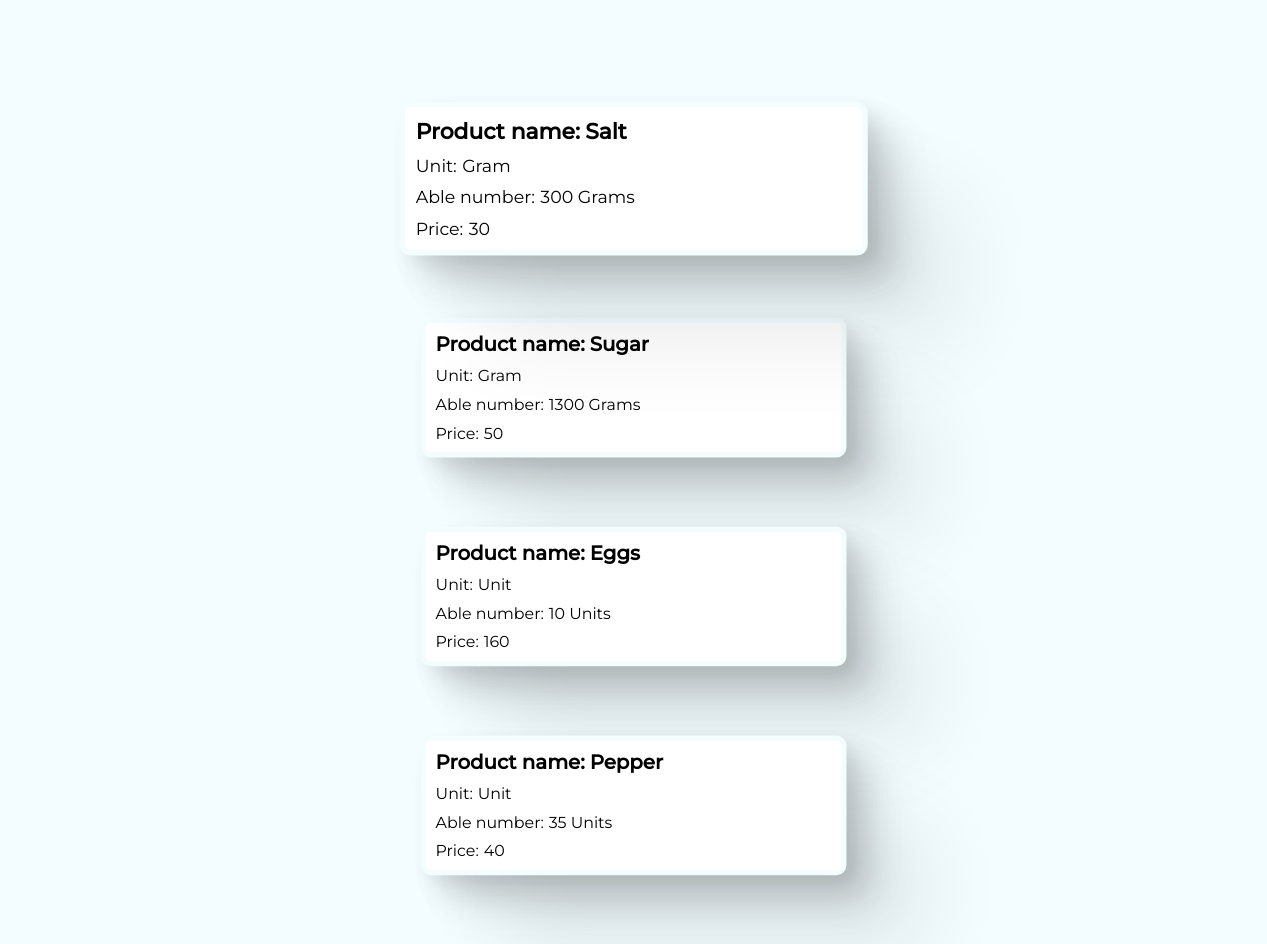
Repository: OlexandraKovach2/Vue
Page: / (app in vuexam/brila-exam/)
The author's editor kept a copy of each file at every save. The page is drawn from the files as they stood at one save, then again after the next save.
The browser window is 1280 px wide. The pictures show the whole page, at 99% of full size.
The pointer rests on the first visible `.ObjectCard`.
The project was rebuilt for these pictures with package versions that can differ from the ones it lists, and the page was loaded fresh each time. Also part of the build but not shown: vuexam/brila-exam/vue.config.js.

Above is the page before, as saved 2022-11-08 22:05:59.

### vuexam/brila-exam/public/index.html
<!DOCTYPE html>
<html lang="">
  <head>
    <meta charset="utf-8">
    <meta http-equiv="X-UA-Compatible" content="IE=edge">
    <meta name="viewport" content="width=device-width,initial-scale=1.0">
    <link rel="icon" href="<%= BASE_URL %>favicon.ico">
    <title><%= htmlWebpackPlugin.options.title %></title>
  </head>
  <body>
    <noscript>
      <strong>We're sorry but <%= htmlWebpackPlugin.options.title %> doesn't work properly without JavaScript enabled. Please enable it to continue.</strong>
    </noscript>
    <div id="app"></div>
    <!-- built files will be auto injected -->
  </body>
</html>

<style>

  *{
    padding: 0px;
    margin: 0px;
  }
  body{
    background-color: rgb(243, 252, 255);
  }

</style>

### vuexam/brila-exam/src/main.js
import { createApp } from 'vue'
import App from './App.vue'
import store from '@/store'

createApp(App).use(store).mount('#app')

### vuexam/brila-exam/src/App.vue
<template>
  <div>
    <ObjectTable :listData="list"/>
  </div>
</template>

<script>
  import { mapGetters } from 'vuex';
  import ObjectTable from "./components/ObjectTable";
  export default {
    name: "App",
    components: {
      ObjectTable,
    },
    computed: {
      ...mapGetters(['list']),
    },
  }
</script>

<style lang="scss" scoped>
@import url('https://fonts.googleapis.com/css2?family=Montserrat:wght@100;200;300;400;500&display=swap');
*{
  font-family: 'Montserrat', sans-serif;
}
</style>

### vuexam/brila-exam/src/store/index.js
import {createStore} from 'vuex'

const store = createStore({
    state: {
        list: [
            {
                id: 1,
                name: "Salt",
                unit: "Gram",
                count: "300",
                cost: 30
            },
            {
                id: 2,
                name: "Sugar",
                unit: "Gram",
                count: "1300",
                cost: 50
            },
            {
                id: 3,
                name: "Eggs",
                unit: "Unit",
                count: "10",
                cost: 160
            },
            {
                id: 4,
                name: "Pepper",
                unit: "Unit",
                count: "35",
                cost: 40
            }
        ]
    },
    getters: {
        list: state => {
            return state.list;
        }
    },
});

export default store;

### vuexam/brila-exam/src/components/ObjectTable/index.vue
<template>
    <div class="objectTable">
        <div class="object">
        <ObjectBase v-for="item in listData"
        :key="item.id"
        :id="item.id"
        :name="item.name"
        :unit="item.unit"
        :count="item.count"
        :cost="item.cost"
        />
        </div>
    </div>
</template>

<script>
    import ObjectBase from "./ObjectBase.vue"
    export default {
        name: "ObjectTable",
        components: {
            ObjectBase,
        },
        props: {
            listData: {
                type: Array,
                default: () => []
            },
        },
    }
</script>

<style lang="scss" scoped>
.object{
    display: flex;
    flex-direction: column;
    margin-top: 40px;
}
.objectTable{
    display: flex;
    justify-content: center;
}
.object:last-child{
    margin-bottom: 70px;
}
</style>

### vuexam/brila-exam/src/components/ObjectTable/ObjectBase.vue
<template>
    <div class="ObjectCard">
        <div class="info-row name">
            <div>Product name: </div>
            <div>{{name}}</div>
        </div>
        <div class="info-row">
            <div>Unit: </div>
            <div>{{unit}}</div>
        </div>
        <div class="info-row">
            <div>Able number: </div>
            <div>{{count}} {{unit}}s</div>
        </div>
        <div class="info-row">
            <div>Price: </div>
            <div>{{cost}}</div>
        </div>
    </div>
</template>

<script>
    import { mapGetters } from 'vuex'
    export default {
        name: "ObjectBase",
        computed: {
        ...mapGetters(['list']),
        },
        props: {
            id: {
                type: Number,
                default: 0
            },
            name: {
                type: String,
                default: "None name"
            },
            unit: {
                type: String,
                default: "kilo"
            },
            count: {
                type: Number,
                default: 1
            },
            cost: {
                type: Number,
                default: 10
            }
        },
    }
</script>

<style lang="scss" scoped>
.ObjectCard{
    margin-top: 70px;
    background-color: white;
    width: 400px;
    border-radius: 10px;
    border: 5px solid rgb(243, 252, 255);
    box-shadow:
  6.6px 6.7px 13.7px rgba(0, 0, 0, 0.04),
  12.9px 13.2px 25.3px rgba(0, 0, 0, 0.053),
  19.2px 19.6px 34.3px rgba(0, 0, 0, 0.057),
  25.9px 26.5px 40.9px rgba(0, 0, 0, 0.057),
  35.7px 36.6px 47.2px rgba(0, 0, 0, 0.057),
  82px 84px 80px rgba(0, 0, 0, 0.07);
  display: flex;
  flex-direction: column;
  gap: 10px;
  padding: 10px;
  transition: 0.3s;
}
.ObjectCard:hover{
    scale: 1.1;
}
.info-row{
    display: flex;
    gap: 5px;
    transition: 0.3s;
}
.info-row:hover{
    scale: 1.04;
    color: rgb(0, 0, 255);
    box-shadow:
  6.6px 6.7px 13.7px rgba(0, 0, 0, 0.083),
  12.9px 13.2px 25.3px rgba(0, 0, 0, 0.1),
  19.2px 19.6px 34.3px rgba(0, 0, 0, 0.104),
  25.9px 26.5px 40.9px rgba(0, 0, 0, 0.101),
  35.7px 36.6px 47.2px rgba(0, 0, 0, 0.09),
  82px 84px 80px rgba(0, 0, 0, 0.07)
;

}
.info-row:hover:first-child{
    scale: 1.07;
    color: rgb(102, 0, 255);
}
.name{
    font-size: 20px;
    font-weight: 600;
}
</style>

After the next save:
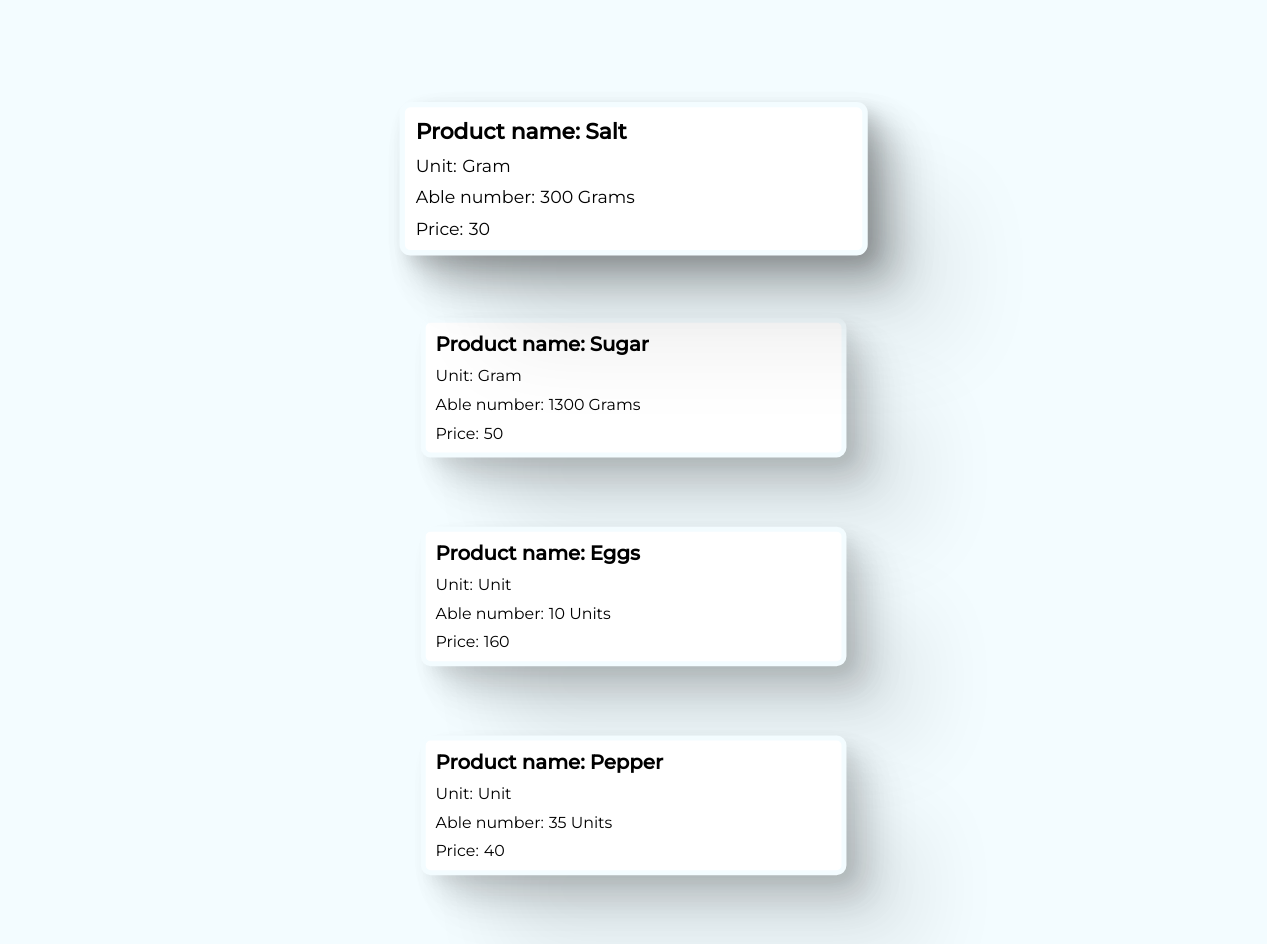
Saved 17 s later.
--- a/vuexam/brila-exam/src/components/ObjectTable/ObjectBase.vue
+++ b/vuexam/brila-exam/src/components/ObjectTable/ObjectBase.vue
@@ -73,6 +73,15 @@
 }
 .ObjectCard:hover{
     scale: 1.1;
+    box-shadow:
+  6.6px 6.7px 13.7px rgba(0, 0, 0, 0.083),
+  12.9px 13.2px 25.3px rgba(0, 0, 0, 0.1),
+  19.2px 19.6px 34.3px rgba(0, 0, 0, 0.104),
+  25.9px 26.5px 40.9px rgba(0, 0, 0, 0.101),
+  35.7px 36.6px 47.2px rgba(0, 0, 0, 0.09),
+  82px 84px 80px rgba(0, 0, 0, 0.07)
+;
+
 }
 .info-row{
     display: flex;
@@ -82,14 +91,6 @@
 .info-row:hover{
     scale: 1.04;
     color: rgb(0, 0, 255);
-    box-shadow:
-  6.6px 6.7px 13.7px rgba(0, 0, 0, 0.083),
-  12.9px 13.2px 25.3px rgba(0, 0, 0, 0.1),
-  19.2px 19.6px 34.3px rgba(0, 0, 0, 0.104),
-  25.9px 26.5px 40.9px rgba(0, 0, 0, 0.101),
-  35.7px 36.6px 47.2px rgba(0, 0, 0, 0.09),
-  82px 84px 80px rgba(0, 0, 0, 0.07)
-;
 
 }
 .info-row:hover:first-child{
